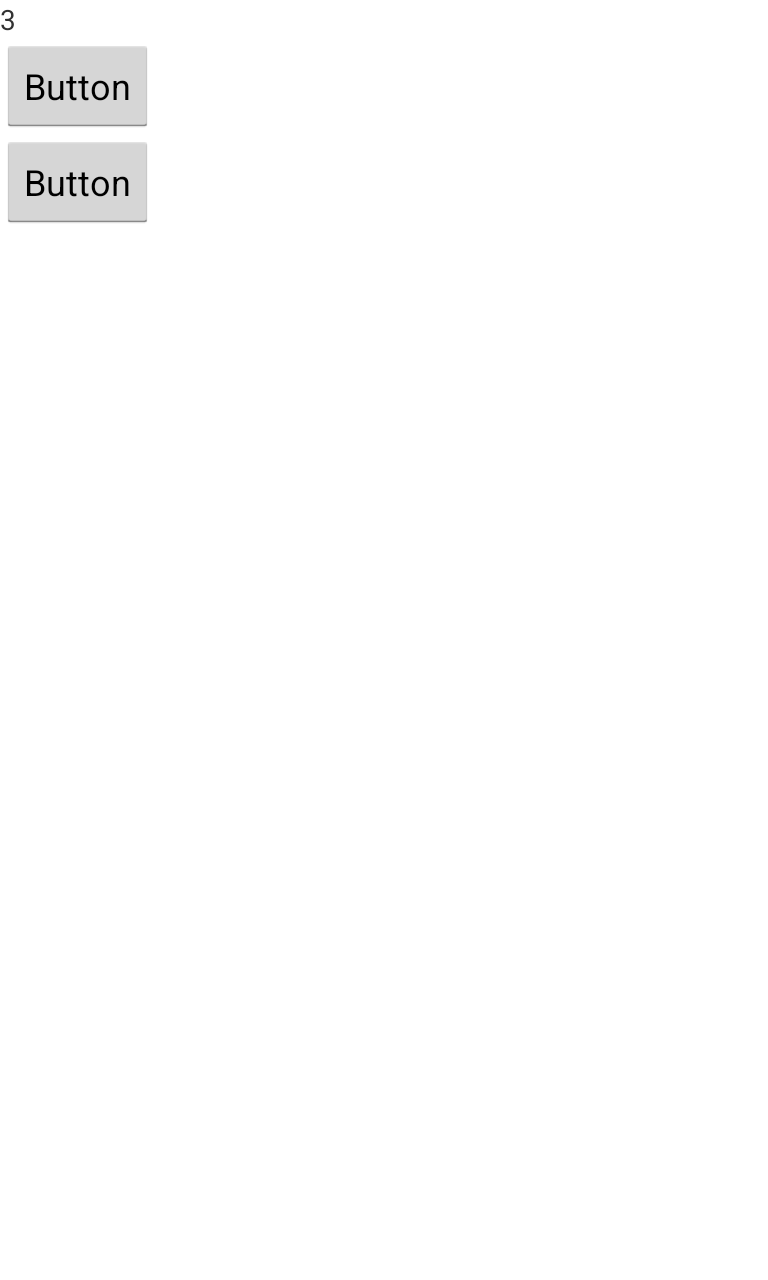
Repository: RaymondCalderon/programs_school
Layout: Trabajos Eclipse/Apps eclipse/FoxEnglish/res/layout/actividad3.xml
The author's editor kept a copy of each file at every save. The layout is drawn from the files as they stood at one save, then again after the next save.
It is drawn on a 768 x 1280 px phone screen (xhdpi) without system bars, with theme AppTheme; the app's code is not run.

Above is the layout before, as saved 2016-02-26 06:01:25.

After the next save:
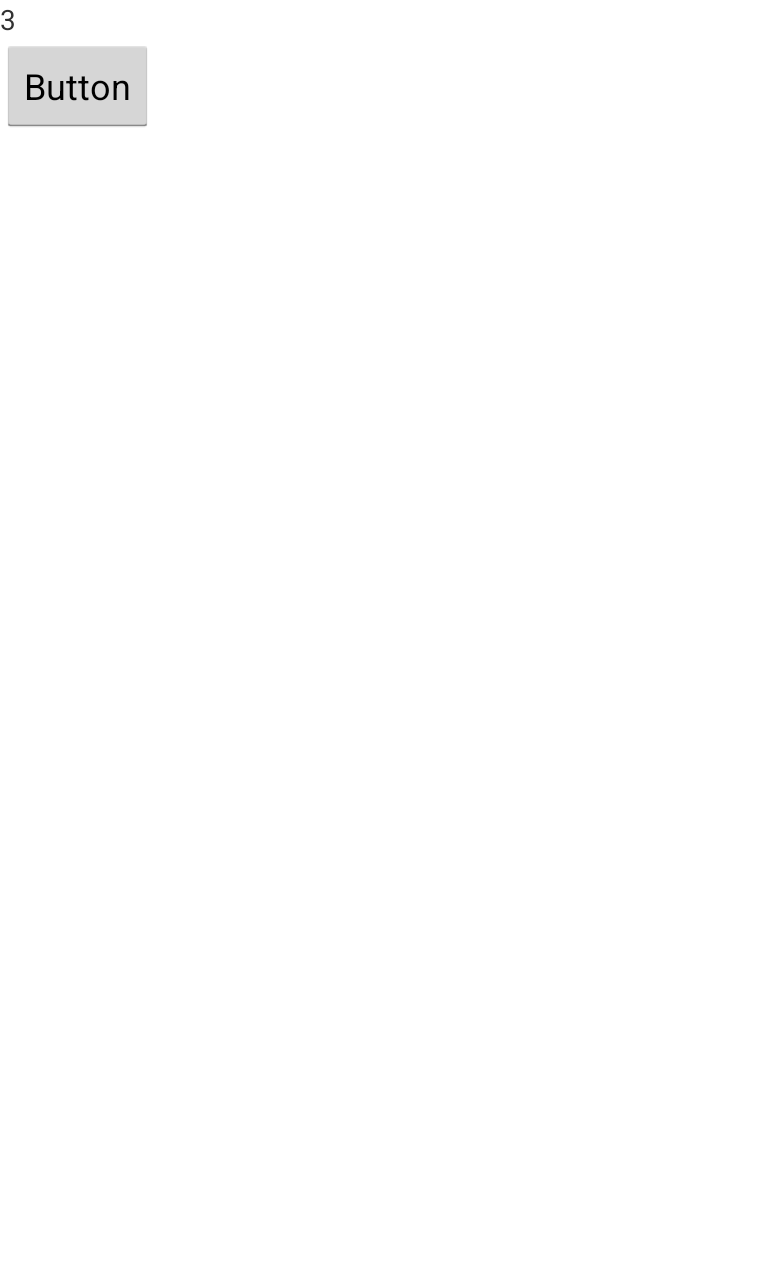
Saved 4 min 39 s later.
--- a/Trabajos Eclipse/Apps eclipse/FoxEnglish/res/layout/actividad3.xml
+++ b/Trabajos Eclipse/Apps eclipse/FoxEnglish/res/layout/actividad3.xml
@@ -16,10 +16,4 @@
         android:layout_height="wrap_content"
         android:text="Button" />
 
-    <Button
-        android:id="@+id/a3btn2"
-        android:layout_width="wrap_content"
-        android:layout_height="wrap_content"
-        android:text="Button" />
-
 </LinearLayout>
